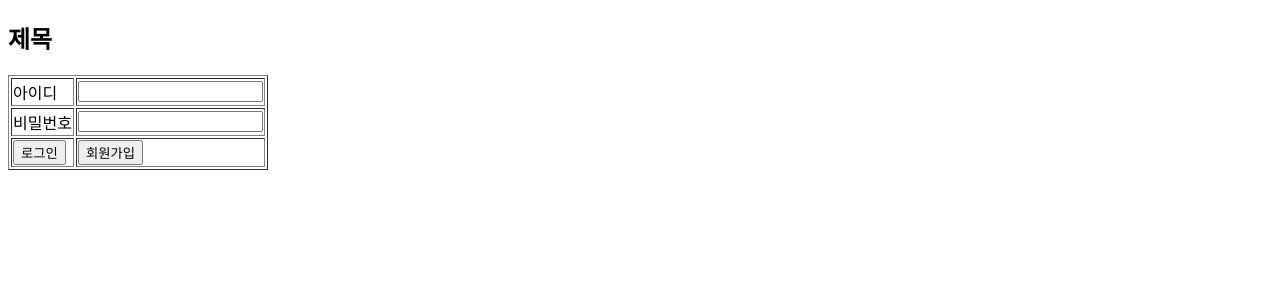
Repository: JungYOsup/Mini_project
Page: http://localhost/EsCape_Room/login_form.jsp
An editor plug-in stored every save of this project. The page is shown before and after a run of saves, followed by the edit.
The browser window is 1280 px wide. The pictures show the whole page.
The page is served by Tomcat 9.

Above is the page before, as saved 2018-01-16 07:18:30.

After the next 2 saves:
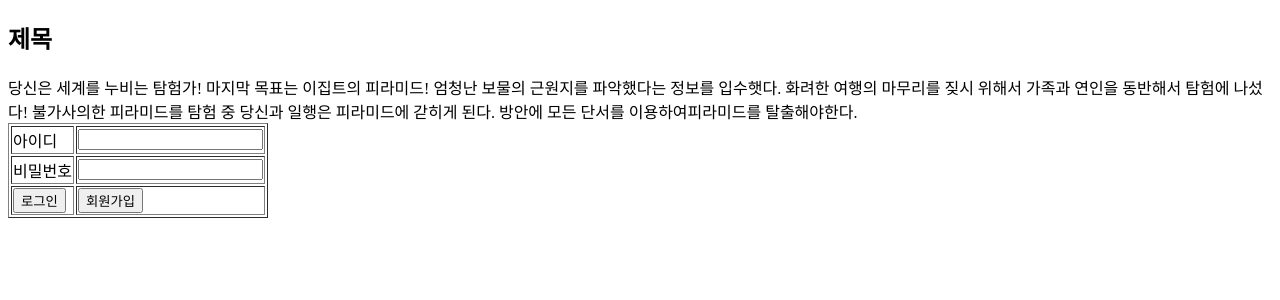
The 2 saves are shown as one change because they came seconds apart.
The last was saved 86 s later.
--- a/EsCape_Room/WebContent/login_form.jsp
+++ b/EsCape_Room/WebContent/login_form.jsp
@@ -16,9 +16,11 @@
 <body>
 <h2>제목</h2>
 <div>
+당신은 세계를 누비는 탐험가! 마지막 목표는 이집트의 피라미드!
 
-
-
+엄청난 보물의 근원지를 파악했다는 정보를 입수햇다. 화려한 여행의 마무리를
+짖시 위해서 가족과 연인을 동반해서 탐험에 나섰다! 불가사의한 피라미드를 탐험 중 당신과 일행은
+피라미드에 갇히게 된다. 방안에 모든 단서를 이용하여피라미드를 탈출해야한다.
 </div>
 <form action="Controller.do" method="post">
 <input type="hidden" name="command" value="login">
